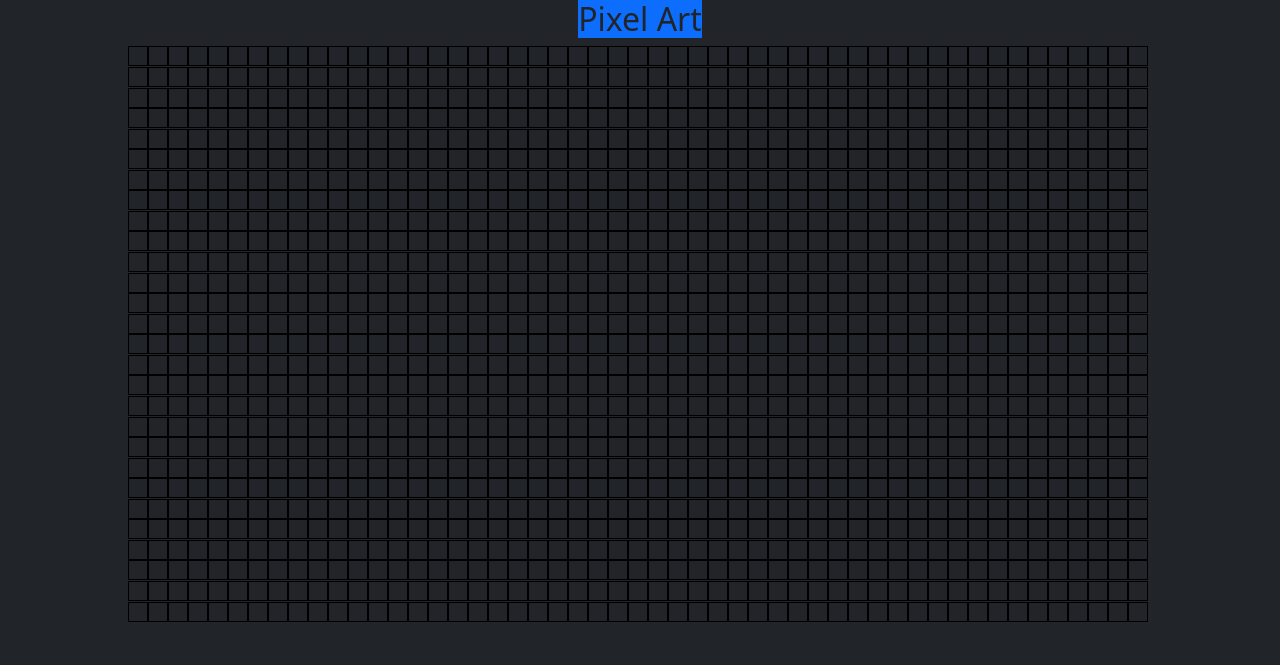
Repository: bechara611/pixelartdb
Page: /
The author's editor kept a copy of each file at every save. The page is drawn from the files as they stood at one save, then again after the next save.
The browser window is 1280 px wide. The pictures show the whole page.
The project was rebuilt for these pictures with package versions that can differ from the ones it lists, and the page was loaded fresh each time. Also part of the build but not shown: vite.config.js.

Above is the page before, as saved 2023-03-06 13:51:31.

After the next save:
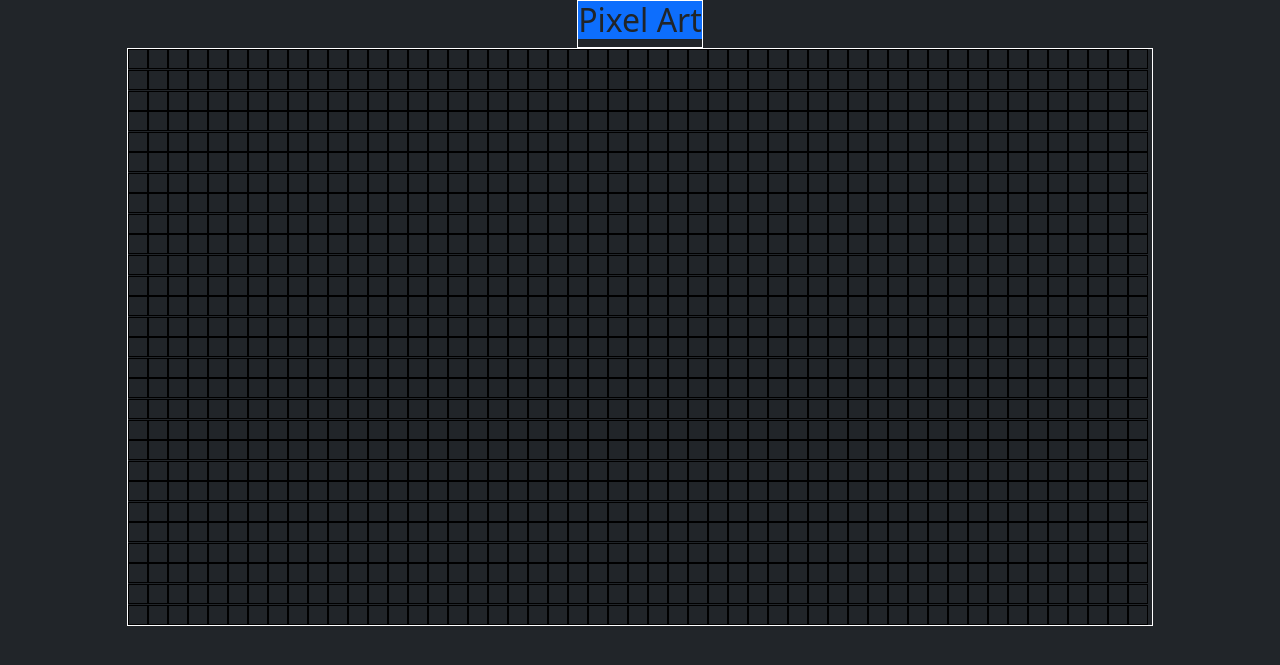
Saved 21 s later.
--- a/src/App.css
+++ b/src/App.css
@@ -8,6 +8,7 @@
   justify-content: center;
   justify-self: center;
   align-items: center;
+  border: 1px solid white;
 }
 
 .pixel {

After the save that followed:
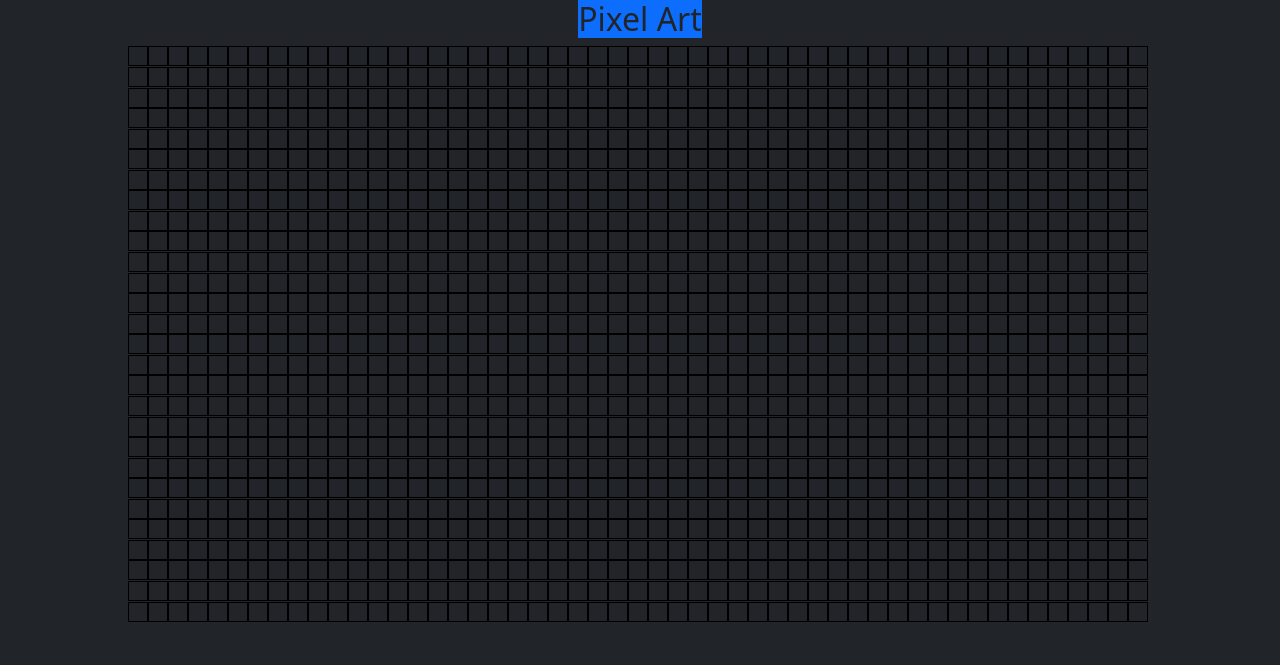
Saved 10 s later.
--- a/src/App.css
+++ b/src/App.css
@@ -8,7 +8,7 @@
   justify-content: center;
   justify-self: center;
   align-items: center;
-  border: 1px solid white;
+
 }
 
 .pixel {
